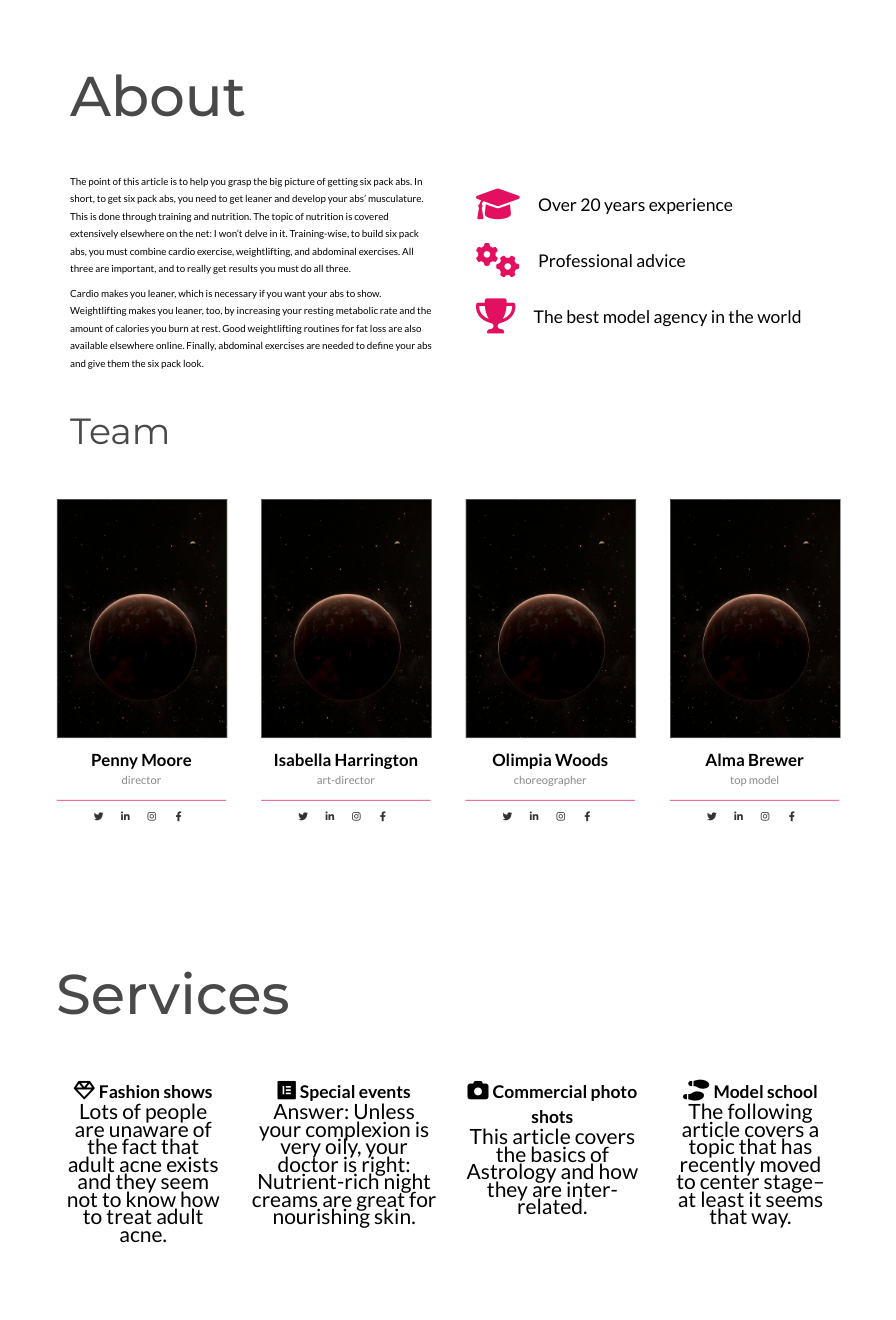
Repository: soniaarefin/cosmo
Page: index.html
The author's editor kept a copy of each file at every save. The page is drawn from the files as they stood at one save, then again after the next save.
The browser window is 1280 px wide. The pictures show the part of the page from y = 714 to 2634 px (the page is 2599 px tall before and 2634 px after), at 70% of full size.

Above is the page before, as saved 2021-11-09 21:31:46.

### index.html
<!DOCTYPE html>
<html lang="en">
<head>
    <meta charset="UTF-8">
    <meta http-equiv="X-UA-Compatible" content="IE=edge">
    <meta name="description" content="&amp;lt;p&amp;gt;&amp;lt;strong&amp;gt;Cosmo&amp;lt;/strong&amp;gt; — is a clean, modern template that is suitable for &amp;l...">
    <meta name="keywords" content="HTML, CSS, JavaScript">
    <meta name="robots" content="noindex, nofollow" />
    <meta name="author" content="Sonia Arefin" >
    <meta name="viewport" content="width=device-width, initial-scale=1.0">
    <!-- <meta http-equiv="refresh" content="30" url="http://www.google.com"> -->
    <meta http-equiv = "cookie" content = "userid = xyz; expires = Wednesday, 20-Oct-21 23:59:59 GMT;" />
    <meta http-equiv = "Content-Type" content = "text/html; charset = UTF-8" />
    <!-- Title -->
    <title>Cosmo</title>
    <!-- CSS Links-->

    <!-- Fontawesome Links -->
    <link rel="stylesheet" href="https://cdnjs.cloudflare.com/ajax/libs/font-awesome/6.0.0-beta2/css/all.min.css">
    <!-- Google Fonts -->
    <link rel="preconnect" href="https://fonts.googleapis.com">
    <link rel="preconnect" href="https://fonts.gstatic.com" crossorigin>
    <link href="https://fonts.googleapis.com/css2?family=Lato:ital,wght@0,100;0,300;0,400;0,700;0,900;1,100;1,300&family=Montserrat:ital,wght@0,100;0,200;0,300;0,400;0,500;0,700;0,800;0,900;1,100;1,200;1,300;1,400&display=swap" rel="stylesheet">
    <!-- Custom CSS-->
    <link rel="stylesheet" href="assets/css/base.css">
    <link rel="stylesheet" href="assets/css/style.css">
    <link rel="stylesheet" href="assets/css/custom.css">
    <link rel="stylesheet" href="assets/css/responsive.css">
</head>
<body>
    <!-- Page Header Starts -->
    <header class="header">
        <div class="container">
            <nav class="nav-bar">
                <div class="wrapper-logo">
                    <a class="logo" href="index.html">
                        <span class="logo__heading">Cosmo</span><span class="logo__subheading">Model Agency</span>
                    </a>
                </div>
                <div class="wrapper-menu">
                    <ul class="menu-bar"><a class="menu-responsive-button" href="#"></a>
                        <li class="dropdown"><a class="dropbtn" href="#">Home</a>
                            <!-- <div class="dropdown-content">
                                <a href="#">Home Link 1</a>
                                <a href="#">Home Link 2</a>
                                <a href="#">Home Link 3</a>
                            </div> -->
                        </li>
                        <li class="dropdown"><a class="dropbtn" href="#">Projects</a>
                            <div class="dropdown-content">
                                <a href="#">Projects Link 1</a>
                                <a href="#">Projects Link 2</a>
                                <a href="#">Projects Link 3</a>
                            </div>
                        </li>
                        <li class="dropdown"><a class="dropbtn" href="casting.html">Casting</a>
                        </li>
                        <li class="dropdown"><a class="dropbtn" href="models.html">Models</a>
                        </li>
                        <li class="dropdown"><a class="dropbtn" href="blog.html">Blog</a>
                        </li>
                    </ul>
                </div>
            </nav>
        </div>
    </header>
    <!-- Page Header Ends -->
    <!-- Page Main Starts -->
    <main class="page-main">
        <!-- Section Intro Starts -->
        <section class="page-section page-section_intro intro-img">
            <div class="container">
                <div class="row">
                    <div class="col-25"></div>
                    <div class="col-50 section-intro" >
                        <header class="page-section_intro_header">
                            <span class="section-intro_span">MODEL AGENCY</span>
                            <hr class="divider">
                            <h1 class="page-section_intro_header_h1">Cosmo</h1>
                        </header>
                        <p class="section-intro_txt">Most people feel they have some basic flaws with their appearance, and the truth is that the stars are no exception.</p>
                        <div class="page-section_intro__btn">
                            <a class="page-section_intro__btn_btn button" href="#">Learn more</a>
                        </div>
                    </div>
                    <div class="col-25"></div>
                </div>
            </div>
        </section>
        <!-- Section Intro Ends -->
        <!-- Section About Starts -->
        <section class="page-section page-section-about">
            <div class="container">
                <div class="row">
                    <div class="col-100 section-about">
                        <h1 class="section-h1">About</h1>
                    </div>
                </div>
                <div class="row">
                    <div class="col-50 section-about_paragraph">
                        <p>The point of this article is to help you grasp the big picture of getting six pack abs. In short, to get six pack abs, you need to get leaner and develop your abs’ musculature. This is done through training and nutrition. The topic of nutrition is covered extensively elsewhere on the net: I won’t delve in it. Training-wise, to build six pack abs, you must combine cardio exercise, weightlifting, and abdominal exercises. All three are important, and to really get results you must do all three.</p>
                        <p>Cardio makes you leaner, which is necessary if you want your abs to show.  Weightlifting makes you leaner, too, by increasing your resting metabolic rate and the amount of calories you burn at rest. Good weightlifting routines for fat loss are also available elsewhere online. Finally, abdominal exercises are needed to define your abs and give them the six pack look.</p>
                    </div>
                    <div class="col-50 section-about_list_item">
                        <ul class="section-about_list">
                            <li class="about_list"><i class="fas fa-graduation-cap about-icon"></i><span class="about-list_span">Over 20 years experience</span></li>
                            <li class="about_list"><i class="fas fa-cogs about-icon"></i><span class="about-list_span">Professional advice</span></li>
                            <li class="about_list"><i class="fas fa-trophy about-icon"></i><span class="about-list_span">The best model agency in the world</span></li>
                        </ul>
                    </div>
                </div>
                <div class="col-100 mt-50 ">
                    <h3 class="h3">Team</h3>
                </div>
                <div class="mb-90">
                    <!-- <div class="col-25 team-member-wrapper">
                        <img class="team-member img-responsive" src="assets/images/abstract-g.png" alt="cosmo">
                    </div> -->
                    <div class="team-grid_container team-member-wrapper">
                        <!-- Team Member 1 -->
                        <div class="team-member1">
                            <img class="grid-item img-responsive team-member" src="assets/images/galaxy-n.jpg" alt="cosmo"><span class="team-member_name">Penny Moore</span><span class="team-member_designation">director</span>
                            <hr class="divider">
                            <ul class="team-social_icons">
                                <li class="social-icon"><a class="icon-twitter link-social-icon" href="#"><i class="fab fa-twitter"></i></a></li>
                                <li class="social-icon"><a class="icon_linkedin link-social-icon" href="#"><i class="fab fa-linkedin-in"></i></a></li>
                                <li class="social-icon"><a class="icon_instagram link-social-icon" href="#"><i class="fab fa-instagram"></i></a></li>
                                <li class="social-icon"><a class="icon_facebook link-social-icon" href="#"><i class="fab fa-facebook-f"></i></a></li>
                            </ul>
                        </div>
                        <!-- Team Member 1 -->
                        <!-- Team Member 2 -->
                        <div class="team-member2">
                            <img class="grid-item img-responsive team-member" src="assets/images/galaxy-n.jpg" alt="cosmo"><span class="team-member_name">Isabella Harrington</span><span class="team-member_designation">art-director</span>
                            <hr class="divider">
                            <ul class="team-social_icons">
                                <li class="social-icon"><a class="icon-twitter link-social-icon" href="#"><i class="fab fa-twitter"></i></a></li>
                                <li class="social-icon"><a class="icon_linkedin link-social-icon" href="#"><i class="fab fa-linkedin-in"></i></a></li>
                                <li class="social-icon"><a class="icon_instagram link-social-icon" href="#"><i class="fab fa-instagram"></i></a></li>
                                <li class="social-icon"><a class="icon_facebook link-social-icon" href="#"><i class="fab fa-facebook-f"></i></a></li>
                            </ul>
                        </div>
                        <!-- Team Member 2 -->
                        <!-- Team Member 3 -->
                        <div class="team-member3">
                            <img class="grid-item img-responsive team-member" src="assets/images/galaxy-n.jpg" alt="cosmo"><span class="team-member_name">Olimpia Woods</span><span class="team-member_designation">choreographer</span>
                            <hr class="divider">
                            <ul class="team-social_icons">
                                <li class="social-icon"><a class="icon-twitter link-social-icon" href="#"><i class="fab fa-twitter"></i></a></li>
                                <li class="social-icon"><a class="icon_linkedin link-social-icon" href="#"><i class="fab fa-linkedin-in"></i></a></li>
                                <li class="social-icon"><a class="icon_instagram link-social-icon" href="#"><i class="fab fa-instagram"></i></a></li>
                                <li class="social-icon"><a class="icon_facebook link-social-icon" href="#"><i class="fab fa-facebook-f"></i></a></li>
                            </ul>
                        </div>
                        <!-- Team Member 3 -->
                        <!-- Team Member 4 -->
                        <div class="team-member4">
                            <img class="grid-item img-responsive team-member" src="assets/images/galaxy-n.jpg" alt="cosmo"><span class="team-member_name">Alma Brewer</span><span class="team-member_designation">top model</span>
                            <hr class="divider">
                            <ul class="team-social_icons">
                                <li class="social-icon"><a class="icon-twitter link-social-icon" href="#"><i class="fab fa-twitter"></i></a></li>
                                <li class="social-icon"><a class="icon_linkedin link-social-icon" href="#"><i class="fab fa-linkedin-in"></i></a></li>
                                <li class="social-icon"><a class="icon_instagram link-social-icon" href="#"><i class="fab fa-instagram"></i></a></li>
                                <li class="social-icon"><a class="icon_facebook link-social-icon" href="#"><i class="fab fa-facebook-f"></i></a></li>
                            </ul>
                        </div>
                        <!-- Team Member 4 -->
                    </div>
                </div>
            </div>
        </section>
        <!-- Section About Ends -->
        <!-- Section Services Starts -->
        <section class="page-section">
            <div class="container">
                <div class="section-services">
                    <h1 class="section-h1">Services</h1>
                </div>
                <div class="grid-container service-container">
                    <div class="services-grid_item">
                        <i class="sevices-icon fa-regular fa-gem"></i>
                        <span class="services-span">Fashion shows</span>
                        <p class="service-paragraph">Lots of people are unaware of the fact that adult acne exists and they seem not to know how to treat adult acne.</p>
                    </div>
                    <div class="services-grid_item">
                        <i class="sevices-icon fab fa-elementor"></i>
                        <span class="services-span">Special events</span>
                        <p class="service-paragraph">Answer: Unless your complexion is very oily, your doctor is right: Nutrient-rich night creams are great for nourishing skin.</p>
                    </div>
                    <div class="services-grid_item">
                        <i class="sevices-icon fas fa-camera"></i>
                        <span class="services-span">Commercial photo shots</span>
                        <p class="service-paragraph">This article covers the basics of Astrology and how they are inter-related.</p>
                    </div>
                    <div class="services-grid_item">
                        <i class="sevices-icon fa-solid fa-shoe-prints"></i>
                        <span class="services-span">Model school</span>
                        <p class="service-paragraph">The following article covers a topic that has recently moved to center stage–at least it seems that way.</p>
                    </div>
                </div>
            </div>
        </section>
        <!-- Section Services Ends -->
    </main>
    <!-- Page Main Ends -->
    <!-- Page Footer Starts -->
    <!-- Page Footer Starts -->
    <!-- JS links -->
    <!-- JS links -->
    <!-- Custom JS -->
    <!-- Custom JS -->
</body>
</html>

### assets/css/base.css

/* Body and general styles */
* {
    margin: 0;
    padding: 0;
    /* box-sizing: border-box; */
}
html {
    font-size: 14px;
}
body {
    position: relative;
    width: 100%;
    color: rgb(0, 0, 0);
    background-color: rgb(255, 255, 255));
    font-family: 'Lato', sans-serif;
    font-size: 100%;
    font-weight: 400;
    margin: 0;
    padding: 0;
}
h1,h2,h3,h4,h5,h6 {
    font-family: 'Montserrat', sans-serif;
    font-weight: 700;
}
p {
    line-height: 25px;
    margin-top: 0;
    margin-bottom: 10px;
}
a {
    text-decoration: none;
    background-color: transparent;
    cursor: pointer;
    transition: all 0.4s ease-in-out;
}
ul {
    list-style-type: none;
    margin: 0;
    padding: 0;
    overflow: hidden;
}
li {
    float: left;
}
hr {
    border: 0;
    height: 0;
    box-sizing: content-box;
}
img {
    vertical-align: middle;
}

### assets/css/custom.css
.container {
    width: 1120px;
    margin-right: auto;
    margin-left: auto;
    padding-left: 20px;
    padding-right: 20px;
}
.img-responsive {
    display: block;
    width: 100%;
    height: auto;
}
a:hover {
    text-decoration: none;
    color: #e30f5f;
}
a:focus, a:active {
    outline: none;
    text-decoration: none;
    color: #e30f5f;
}
.button:focus, .button:active {
    outline: none;
}
.button {
    position: relative;
    display: inline-block;
    padding: 12px 86px;
    -webkit-border-radius: 10px;
    color: #e30f5f;
    border-radius: 10px;
    font-size: 18px;
    border: 1px solid #e30f5f;
    overflow: hidden;
    transition: all 0.4s ease-in-out;
}
.button:hover {
    border-color: #331a24;
    background-color: #331a24;
    color: #fff;
}
.mt-50 {
    margin-top: 50px;
}
.mb-60 {
    margin-bottom: 60px;
}
.mb-90 {
    margin-bottom: 90px;;
}
.col-100 {
    position: relative;
    min-height: 1px;
    padding-left: 20px;
    padding-right: 20px;
    float: left;
    width: 100%;
    height: auto;
}
.col-20 {
    float: left;
    width: 20%;
    height: auto;
}
.col-25 {
    float: left;
    width: 25%;
    height: auto;
}
.col-33 {
    float: left;
    width: 33.33%;
    /*padding: 10px; */
    height: auto;
}
.col-34 {
    float: left;
    width: 34%;
    height: auto;
}
.col-50 {
    position: relative;
    min-height: 1px;
    padding-left: 20px;
    padding-right: 20px;
    float: left;
    width: 50%;
    height: auto;
}
.col-60 {
    float: left;
    width: 60%;
    height: auto;
}
.col-66 {
    float: left;
    width: 66%;
    height: auto;
}
/* .row:after {
    content: "";
    display: table;
    clear: both;
} */
.row {
    display: flex;
}
.divider {
    margin-top: 10px;
    margin-bottom: 10px;
    border-top: 1px solid #e30f5f;
}
.h3 {
    color: #494949;
    font-size: 52px;
    font-weight: 400;
    font-family: 'Montserrat', sans-serif;;
    line-height: 1;
    margin-bottom: 60px;
}
/* .h2 {
    font-size: 5.71429rem;
    line-height: 6.42857rem;
    margin-bottom: 60px;
} */
.grid-container {
    display: grid;
    grid-column-gap: 40px;
    grid-template-columns: auto auto auto auto;
    /* background-color: #2196F3; */
    padding: 10px;
    justify-content: center;
}
.grid-item {
    background-color: rgba(255, 255, 255, 0.8);
    border: 1px solid rgba(0, 0, 0, 0.8);
    /* padding: 20px; */
    font-size: 30px;
    text-align: center;
}
/* .[class^="icon-"]:before, [class*=" icon-"]:before {
    font-family: "freepik";
    font-style: normal;
    font-weight: normal;
    speak: none;
    display: inline-block;
    text-decoration: inherit;
    width: 1em;
    margin-right: .2em;
    text-align: center;
    /* opacity: .8; */
    /* font-variant: normal;
    text-transform: none;
    line-height: 1em;
    margin-left: .2em; */
    /* font-size: 120%; */
    /* -webkit-font-smoothing: antialiased; */
    /* -moz-osx-font-smoothing: grayscale; */
    /* text-shadow: 1px 1px 1px rgba(127, 127, 127, 0.3); */
} */

### assets/css/responsive.css
/* Custom, iPhone Retina */
@media only screen and (max-width: 320px) {
  /**/
}

/*==========  Mobile First Method  ==========*/
/* Custom, iPhone Retina */
@media only screen and (min-width: 320px) {
  /**/
}

/* Extra Small Devices, Phones */
@media only screen and (min-width: 480px) {
  /**/
}

/* Small Devices, Tablets */
@media only screen and (min-width: 768px) {
  /**/
}

/* Medium Devices, Desktops */
@media only screen and (min-width: 992px) {
  /**/
      /* .col-25 {
          width: 25%;
          float: left;
      } */
}

/* Large Devices, Wide Screens */
@media only screen and (min-width: 1200px) {
  /**/
}

Loaded but not shown: assets/css/style.css (405 lines, source omitted)

After the next save:
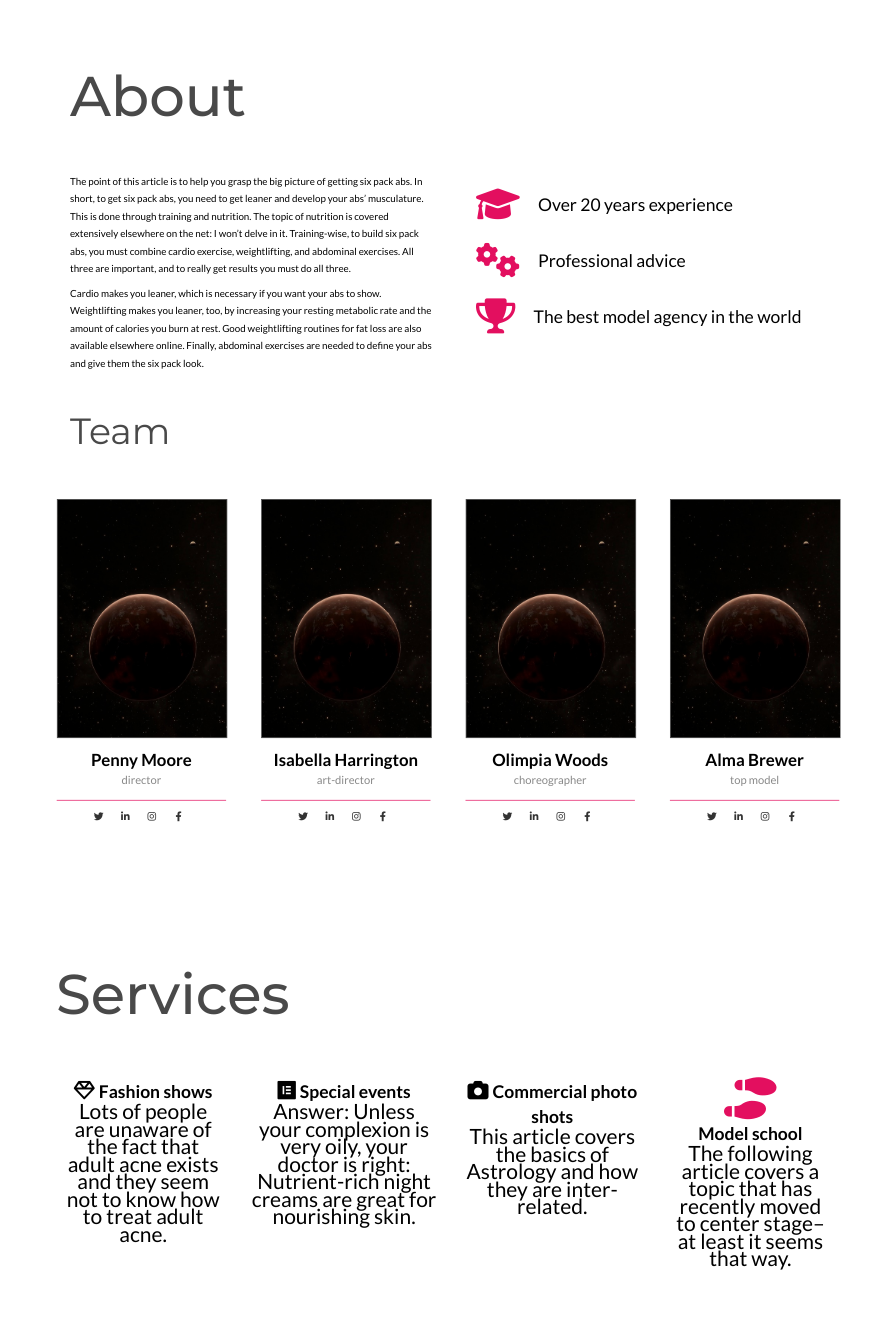
Saved 36 s later.
--- a/index.html
+++ b/index.html
@@ -193,7 +193,7 @@
                         <p class="service-paragraph">This article covers the basics of Astrology and how they are inter-related.</p>
                     </div>
                     <div class="services-grid_item">
-                        <i class="sevices-icon fa-solid fa-shoe-prints"></i>
+                        <i class="services-icon fa-solid fa-shoe-prints"></i>
                         <span class="services-span">Model school</span>
                         <p class="service-paragraph">The following article covers a topic that has recently moved to center stage–at least it seems that way.</p>
                     </div>
